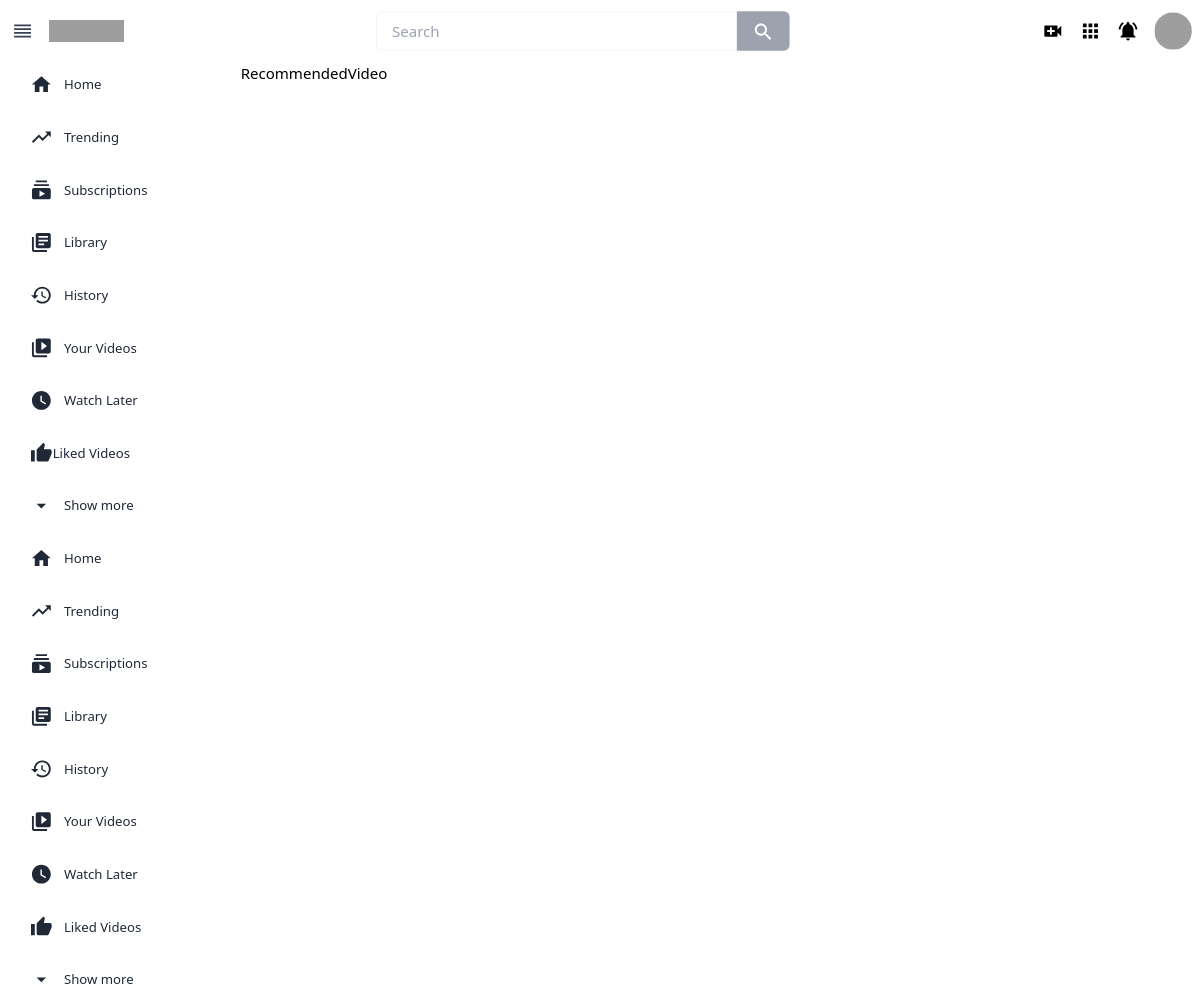
Repository: Shamraiz761/Youtube-clone
Page: /
These files come from the project's save history. The page is drawn as it stood at one moment and after the next save; the edit follows.
The browser window is 1280 px wide. The pictures show the whole page, at 94% of full size.
Pictures or frames that could not be fetched are drawn as grey boxes. The project was rebuilt for these pictures with package versions that can differ from the ones it lists, and the page was loaded fresh each time. Also part of the build but not shown: vite.config.js.

Above is the page before, as saved 2024-01-19 20:24:12.

After the next save:
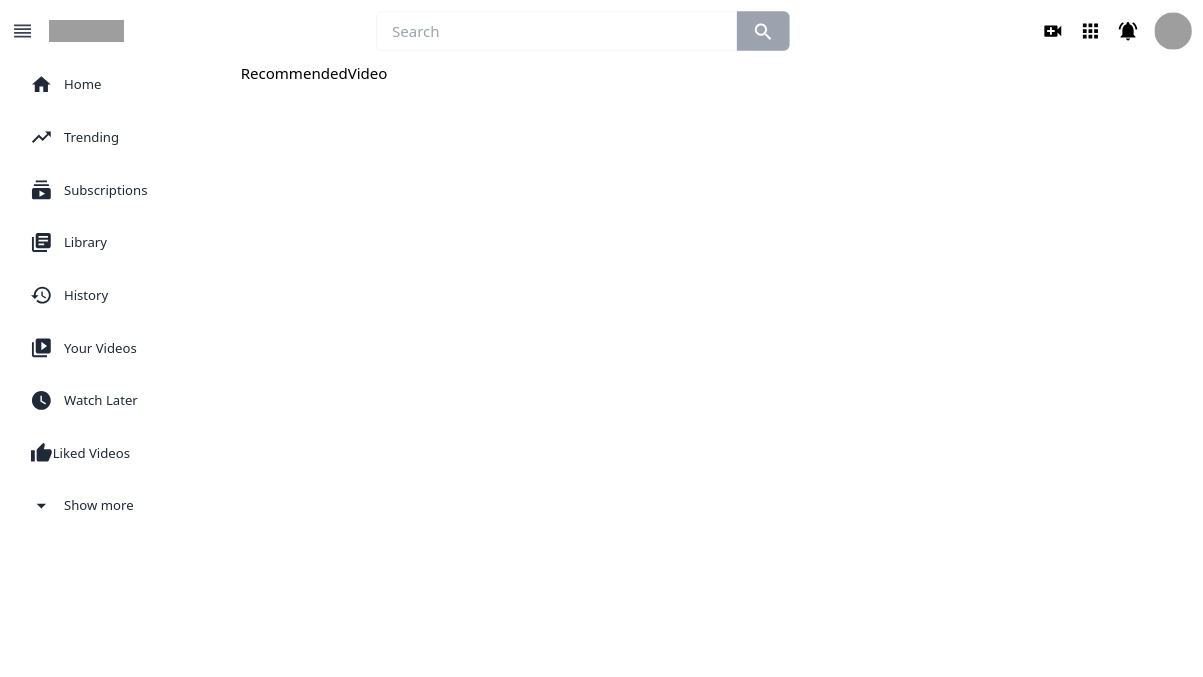
Saved 7 s later.
--- a/src/components/sidebar/Sidebar.jsx
+++ b/src/components/sidebar/Sidebar.jsx
@@ -76,34 +76,6 @@ const Sidebar = () => {
 
                 ))
             }
-          <li className="pl-8 py-3 hover:bg-gray-200  cursor-pointer flex items-center text-sm font-medium">
-           <Home className='mr-3'/> Home
-          </li>
-          <li className="pl-8 py-3 hover:bg-gray-200  cursor-pointer flex items-center text-sm font-medium">
-           <TrendingUpIcon className='mr-3'/> Trending
-          </li>
-          <li className="pl-8 py-3 hover:bg-gray-200  cursor-pointer flex items-center text-sm font-medium">
-           <SubscriptionsIcon className='mr-3'/> Subscriptions
-          </li>
-          <li className="pl-8 py-3 hover:bg-gray-200  cursor-pointer flex items-center text-sm font-medium">
-           <LibraryBooksIcon className='mr-3'/> Library
-          </li>
-          <li className="pl-8 py-3 hover:bg-gray-200  cursor-pointer flex items-center text-sm font-medium">
-           <History className='mr-3'/> History
-          </li>
-          <li className="pl-8 py-3 hover:bg-gray-200  cursor-pointer flex items-center text-sm font-medium">
-           <VideoLibraryIcon className='mr-3'/> Your Videos
-          </li>
-          <li className="pl-8 py-3 hover:bg-gray-200  cursor-pointer flex items-center text-sm font-medium">
-           <WatchLaterIcon className='mr-3'/> Watch Later
-          </li>
-          <li className="pl-8 py-3 hover:bg-gray-200  cursor-pointer flex items-center text-sm font-medium">
-           <ThumbUpIcon className='mr-3'/> Liked Videos
-          </li>
-          <li className="pl-8 py-3 hover:bg-gray-200  cursor-pointer flex items-center text-sm font-medium">
-           <ArrowDropDownIcon className='mr-3'/> Show more
-          </li>
-
 
         </ul>
       </div>
